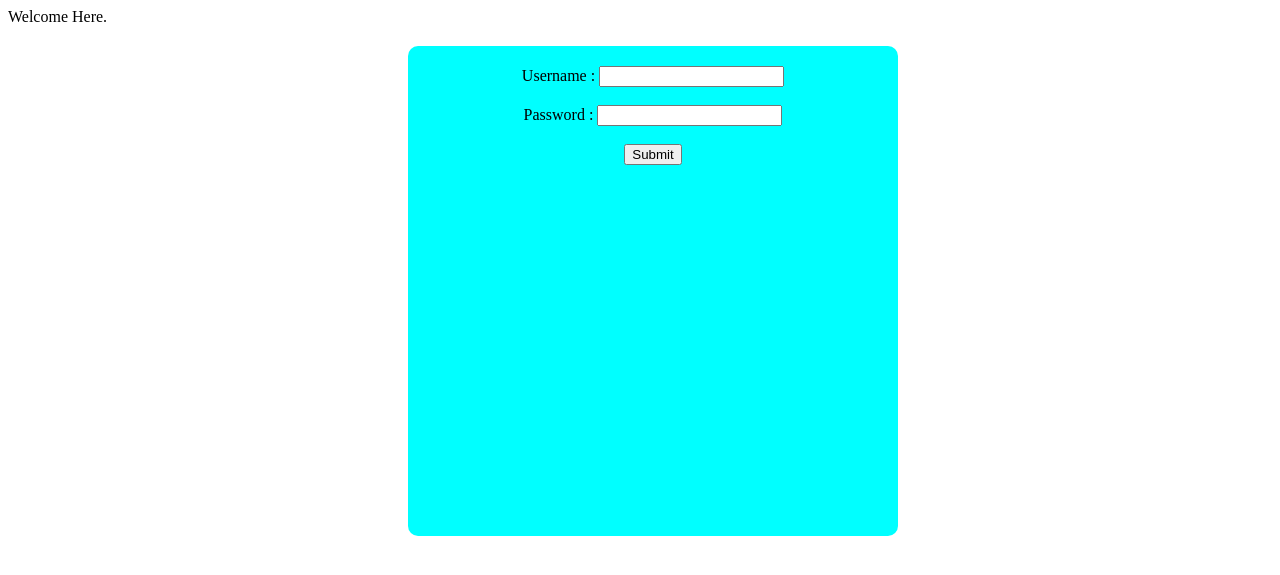
Repository: sunil965/JavaRepo
Page: WebProject/WebContent/index.html
An editor plug-in stored every save of this project. The page is shown before and after the next save, followed by the edit.
The browser window is 1280 px wide. The pictures show the whole page.

Above is the page before, as saved 2017-04-26 11:11:02.

After the next save:
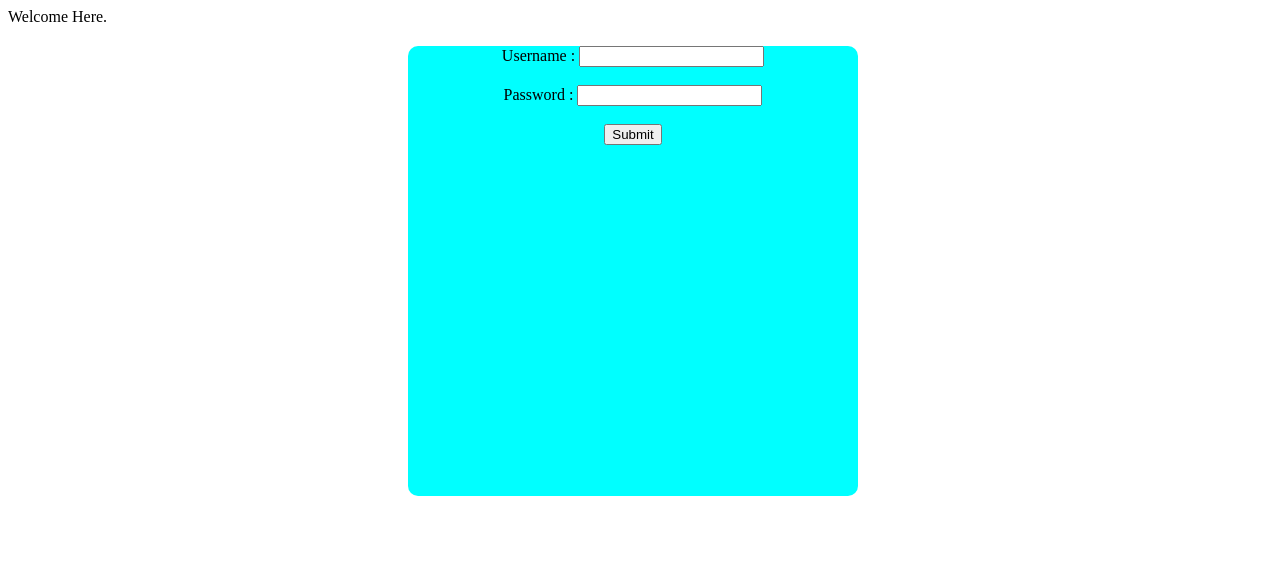
Saved 116 s later.
--- a/WebProject/WebContent/index.html
+++ b/WebProject/WebContent/index.html
@@ -9,11 +9,12 @@
    border: 5px solid d #983c3c;
    height: 450px;
    width: 450px;
+   border-radius: 10px;
    background-color: cyan;
    margin-left: 400px;
    margin-top: 20px;
-   padding:20px;
-   border-radius: 10px;
+   padding:
+
 
 
 
